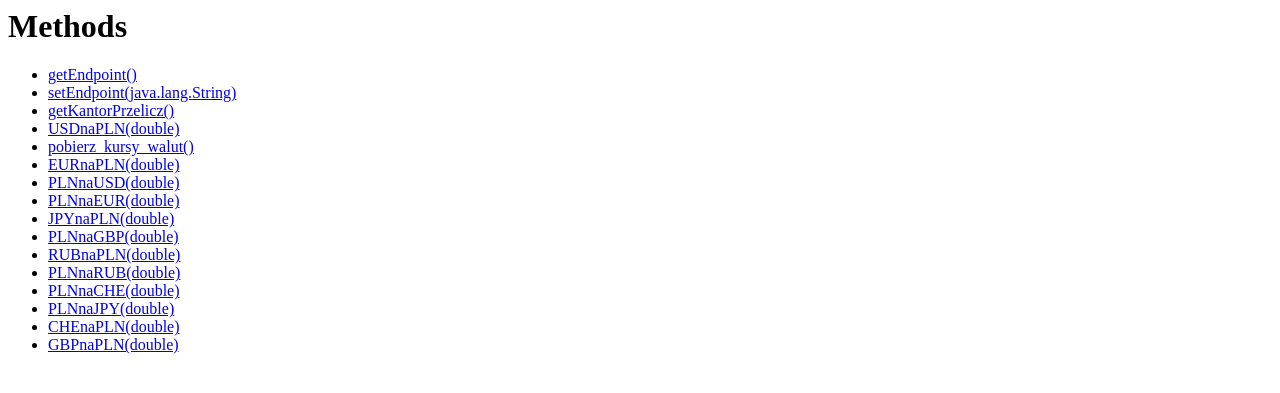
Repository: kuska-marcin/SRIR
Page: http://localhost/KantorWSClient/sampleKantorPrzeliczProxy/Method.jsp
An editor plug-in stored every save of this project. The page is shown before and after the next save, followed by the edit.
The browser window is 1280 px wide. The pictures show the whole page.
The page is served by Tomcat 9. Other server files are loaded and not shown.

Above is the page before, as saved 2016-01-13 22:09:20.

### KantorWSClient/WebContent/sampleKantorPrzeliczProxy/Method.jsp
<%@page contentType="text/html;charset=UTF-8"%><HTML>
<HEAD>
<TITLE>Methods</TITLE>
</HEAD>
<BODY>
<H1>Methods</H1>
<UL>
<LI><A HREF="Input.jsp?method=2" TARGET="inputs"> getEndpoint()</A></LI>
<LI><A HREF="Input.jsp?method=5" TARGET="inputs"> setEndpoint(java.lang.String)</A></LI>
<LI><A HREF="Input.jsp?method=10" TARGET="inputs"> getKantorPrzelicz()</A></LI>
<LI><A HREF="Input.jsp?method=13" TARGET="inputs"> USDnaPLN(double)</A></LI>
<LI><A HREF="Input.jsp?method=18" TARGET="inputs"> pobierz_kursy_walut()</A></LI>
<LI><A HREF="Input.jsp?method=21" TARGET="inputs"> EURnaPLN(double)</A></LI>
<LI><A HREF="Input.jsp?method=26" TARGET="inputs"> PLNnaUSD(double)</A></LI>
<LI><A HREF="Input.jsp?method=31" TARGET="inputs"> PLNnaEUR(double)</A></LI>
<LI><A HREF="Input.jsp?method=36" TARGET="inputs"> JPYnaPLN(double)</A></LI>
<LI><A HREF="Input.jsp?method=41" TARGET="inputs"> PLNnaGBP(double)</A></LI>
<LI><A HREF="Input.jsp?method=46" TARGET="inputs"> RUBnaPLN(double)</A></LI>
<LI><A HREF="Input.jsp?method=51" TARGET="inputs"> PLNnaRUB(double)</A></LI>
<LI><A HREF="Input.jsp?method=56" TARGET="inputs"> PLNnaCHE(double)</A></LI>
<LI><A HREF="Input.jsp?method=61" TARGET="inputs"> PLNnaJPY(double)</A></LI>
<LI><A HREF="Input.jsp?method=66" TARGET="inputs"> CHEnaPLN(double)</A></LI>
<LI><A HREF="Input.jsp?method=71" TARGET="inputs"> GBPnaPLN(double)</A></LI>
</UL>
</BODY>
</HTML>

After the next save:
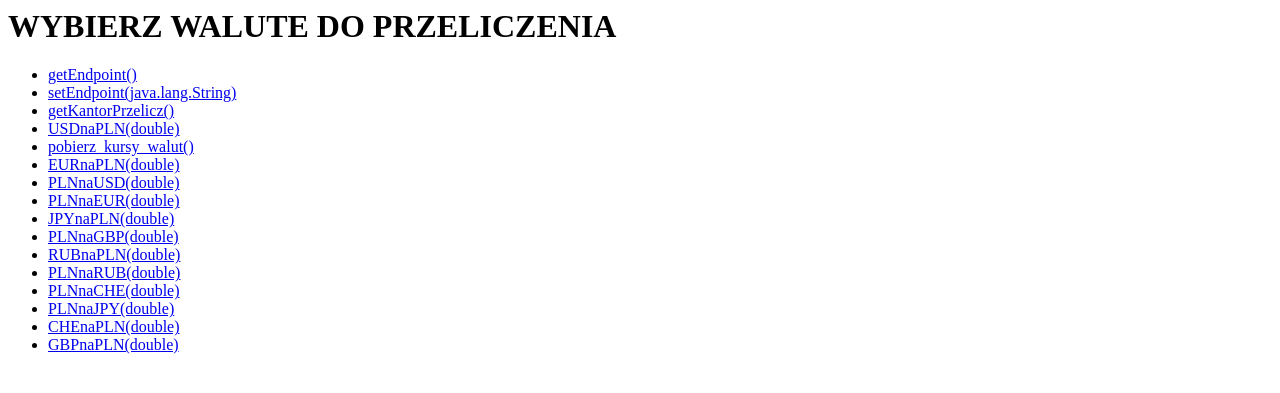
Saved 14 min 23 s later.
--- a/KantorWSClient/WebContent/sampleKantorPrzeliczProxy/Method.jsp
+++ b/KantorWSClient/WebContent/sampleKantorPrzeliczProxy/Method.jsp
@@ -1,9 +1,9 @@
 <%@page contentType="text/html;charset=UTF-8"%><HTML>
 <HEAD>
-<TITLE>Methods</TITLE>
+<TITLE>WALUTY</TITLE>
 </HEAD>
 <BODY>
-<H1>Methods</H1>
+<H1>WYBIERZ WALUTE DO PRZELICZENIA</H1>
 <UL>
 <LI><A HREF="Input.jsp?method=2" TARGET="inputs"> getEndpoint()</A></LI>
 <LI><A HREF="Input.jsp?method=5" TARGET="inputs"> setEndpoint(java.lang.String)</A></LI>
